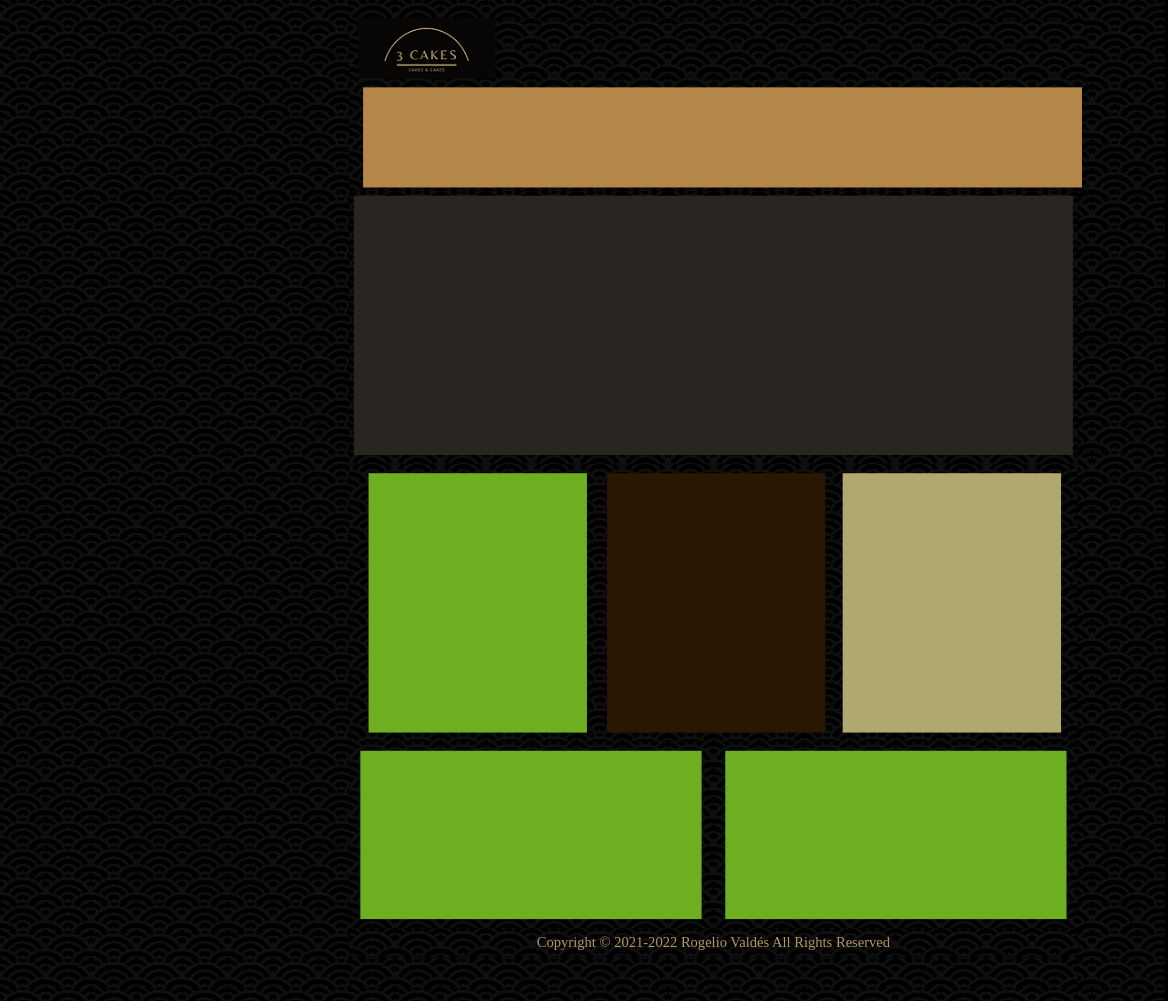
Repository: roge64/htmlfrontend
Page: index.html
An editor plug-in stored every save of this project. The page is shown before and after the next save, followed by the edit.
The browser window is 1280 px wide. The page is 1280 px wide, then 1284 px, so the pictures cover 1284 px, including what lies to the right of the window. The pictures show the whole page, at 91% of full size.

Above is the page before, as saved 2022-03-02 18:56:31.

After the next save:
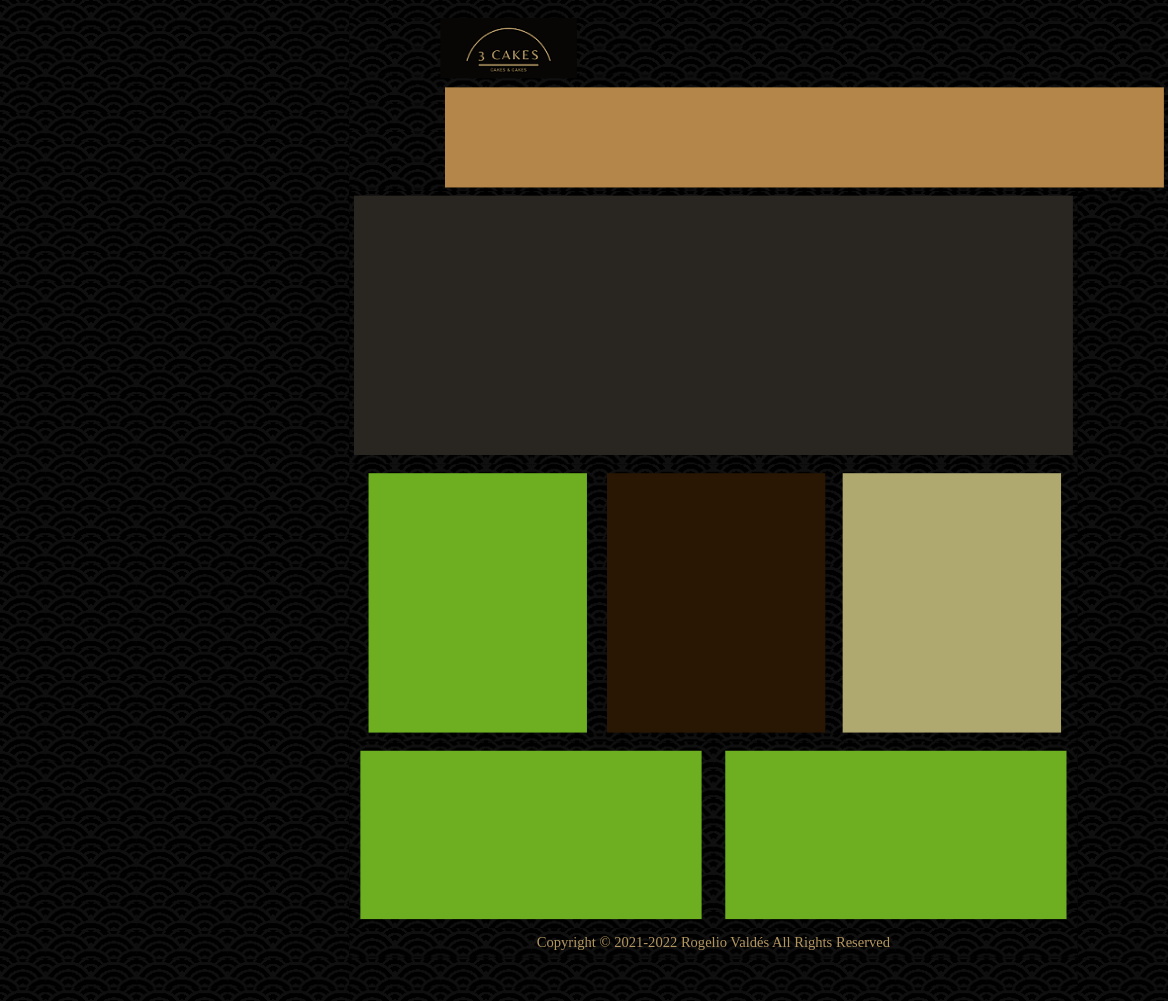
Saved 6 s later.
--- a/estilos/estilos.css
+++ b/estilos/estilos.css
@@ -48,7 +48,7 @@ header{
 /*     background-color:rgb(25, 25, 25); */
     width: 600;
     height: 190px;
-    padding-left: 10px;
+    padding-left: 100px;
 
 
 
